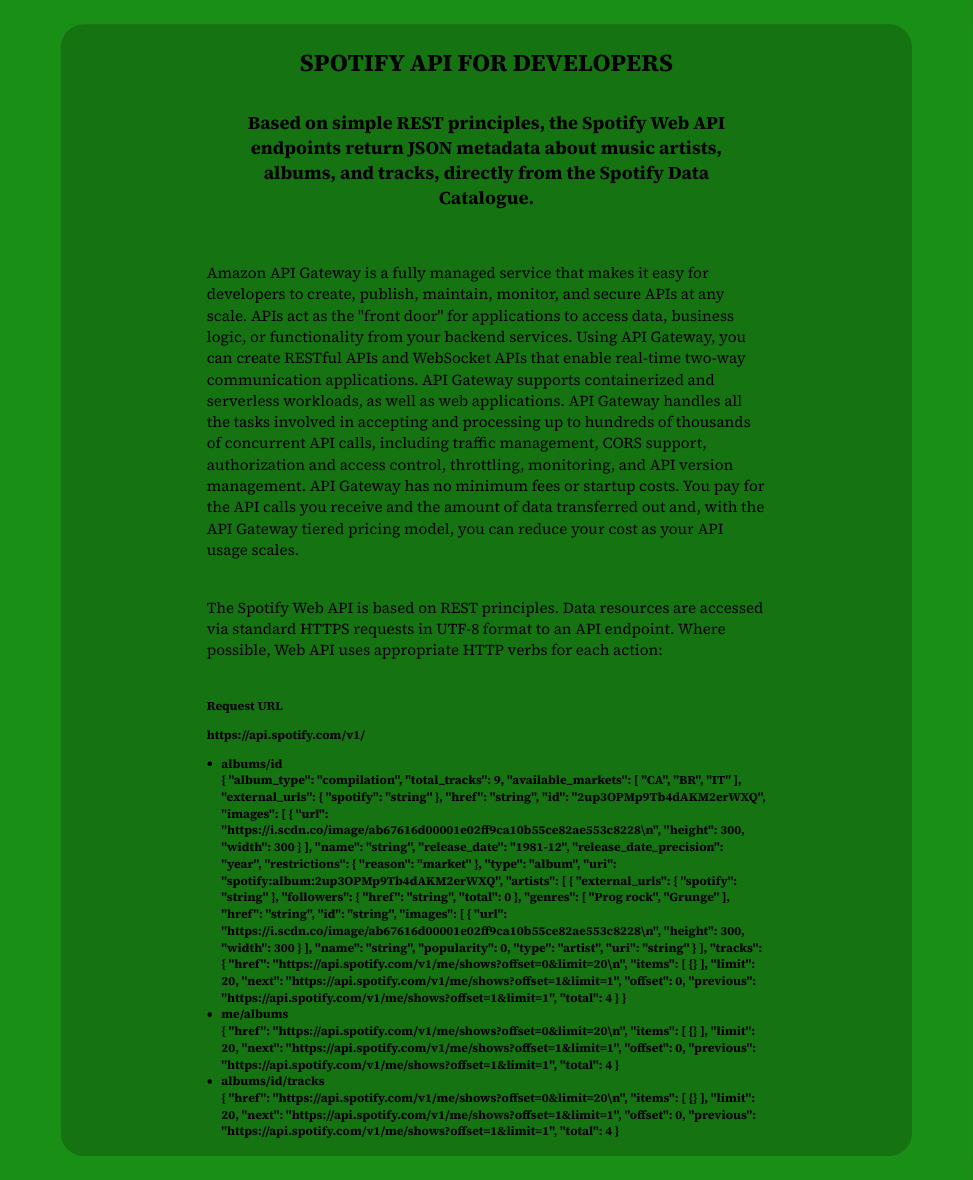
Repository: eliasihai/dizza-html-project
Page: index.html
These files come from the project's save history. The page is drawn as it stood at one moment and after the next save; the edit follows.
The browser window is 1280 px wide. The pictures show the whole page, at 76% of full size.

Above is the page before, as saved 2022-01-27 00:46:52.

After the next save:
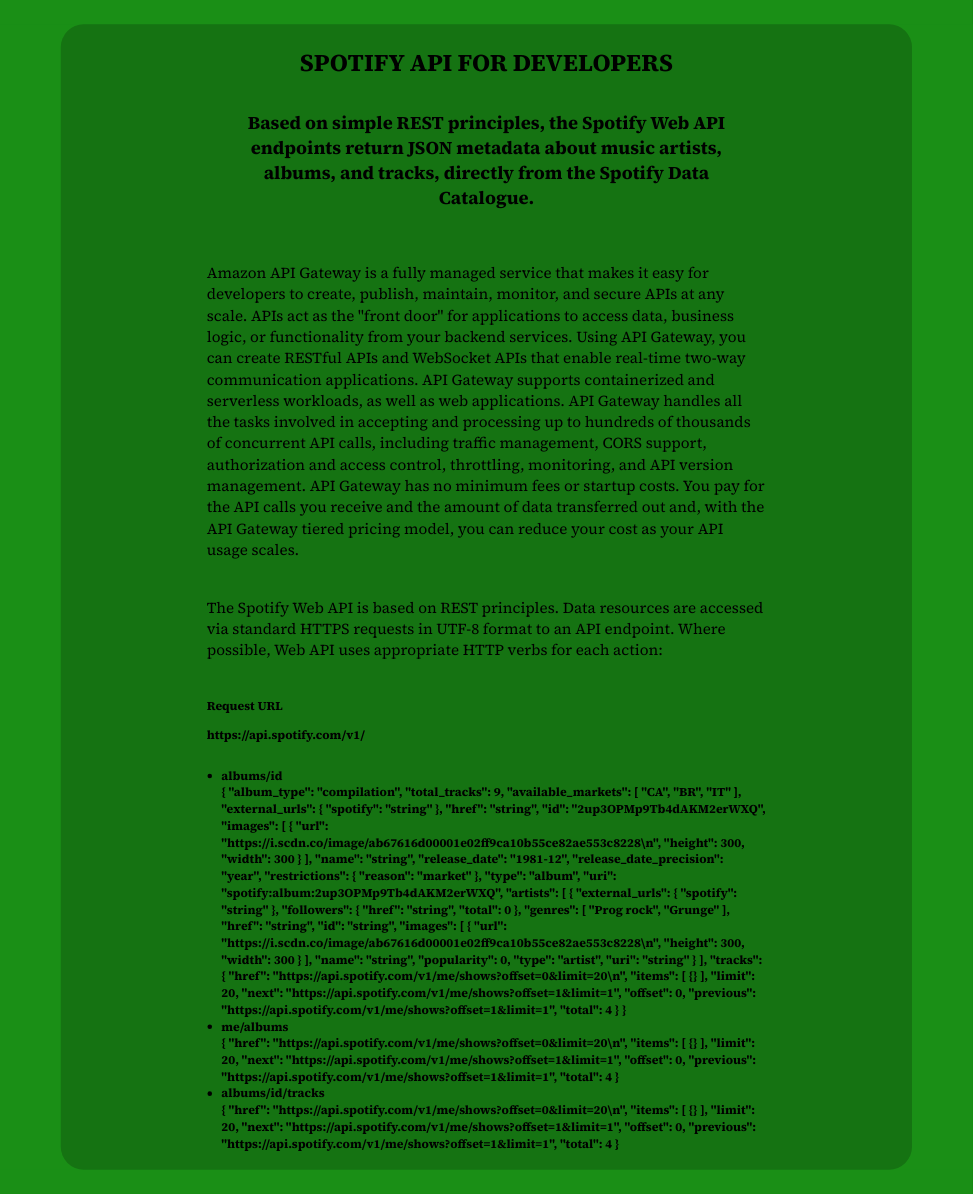
Saved 23 h 6 min later.
--- a/style.css
+++ b/style.css
@@ -39,8 +39,8 @@
   margin: 3rem 2rem;
 } */
 .list_container {
-  /* display: flex;
-  align-items: center;
+  display: grid;
+  /* align-items: center;
   justify-content: flex-start;
   flex: 50%; */
   font-weight: 600;
